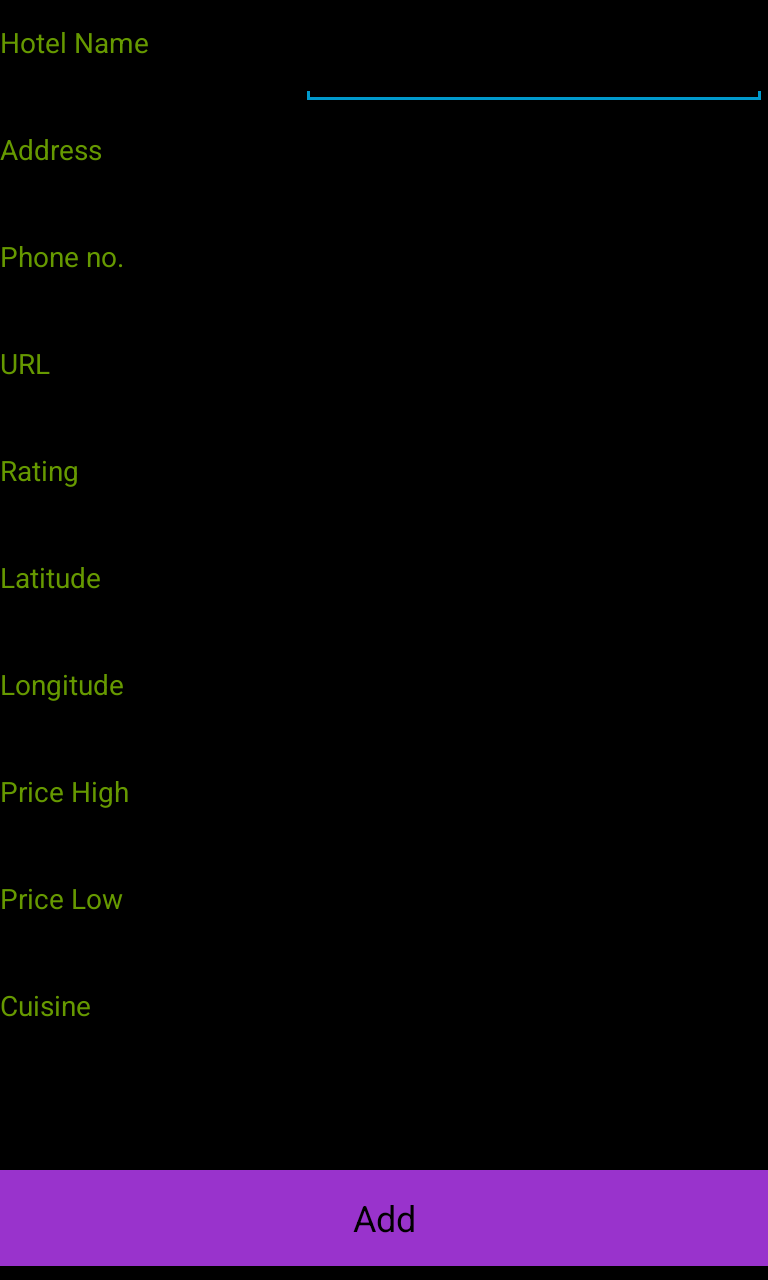
Repository: AungWinnHtut/projAndroid
Layout: com.engineer4myanmar.json.MainActivity/res/layout/activity_admin.xml
The author's editor kept a copy of each file at every save. The layout is drawn from the files as they stood at one save, then again after the next save.
It is drawn on a 768 x 1280 px phone screen (xhdpi) without system bars, with theme AppTheme; the app's code is not run.

Above is the layout before, as saved 2015-08-26 20:27:17.

After the next save:
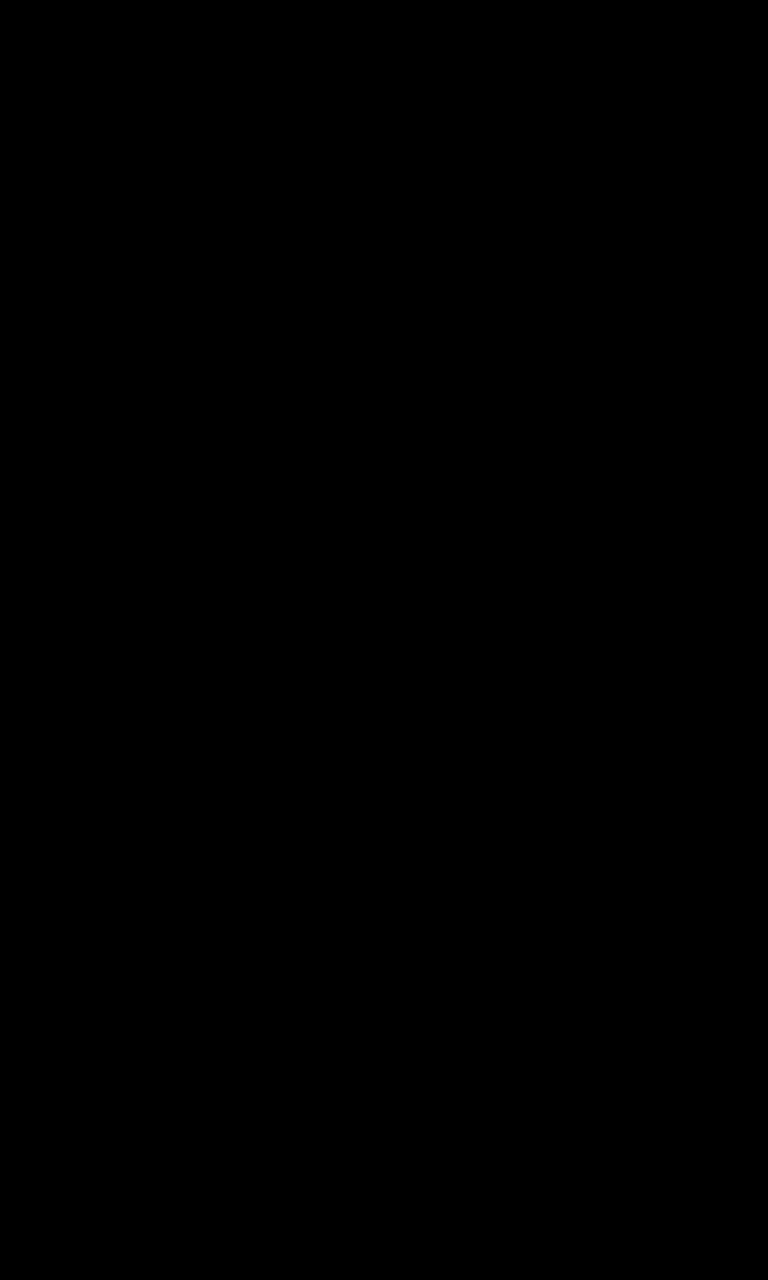
Saved 2 min 21 s later.
--- a/com.engineer4myanmar.json.MainActivity/res/layout/activity_admin.xml
+++ b/com.engineer4myanmar.json.MainActivity/res/layout/activity_admin.xml
@@ -5,6 +5,17 @@
     android:background="#000"
     android:orientation="vertical" >
 
+    <ScrollView
+        android:id="@+id/scrollView1"
+        android:layout_width="match_parent"
+        android:layout_height="match_parent" >
+
+        <LinearLayout
+            android:layout_width="match_parent"
+            android:layout_height="match_parent" >
+        </LinearLayout>
+    </ScrollView>
+
     <LinearLayout
         android:layout_width="match_parent"
         android:layout_height="wrap_content"

After the 4 saves that followed:
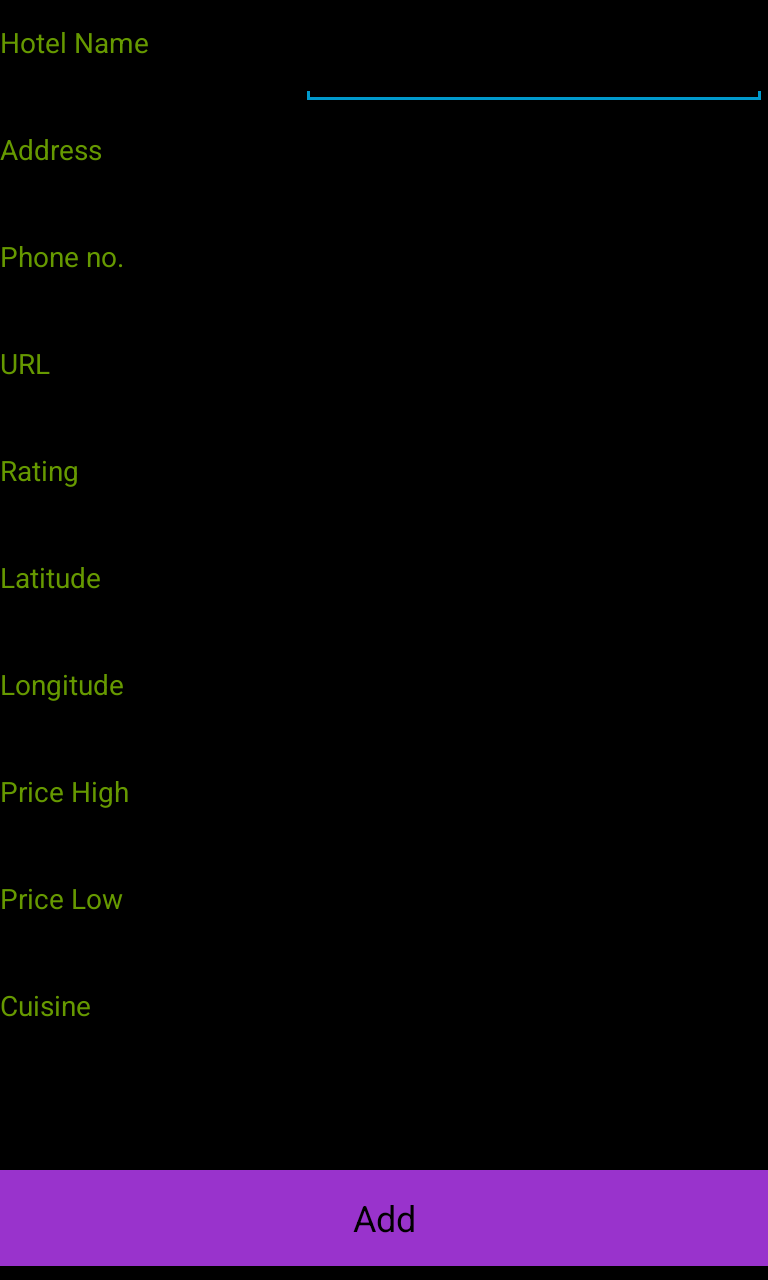
The 4 saves are shown as one change because 2 left the picture as it was and some came seconds apart.
The last was saved 46 s later.
--- a/com.engineer4myanmar.json.MainActivity/res/layout/activity_admin.xml
+++ b/com.engineer4myanmar.json.MainActivity/res/layout/activity_admin.xml
@@ -12,11 +12,9 @@
 
         <LinearLayout
             android:layout_width="match_parent"
-            android:layout_height="match_parent" >
-        </LinearLayout>
-    </ScrollView>
-
-    <LinearLayout
+            android:layout_height="match_parent"
+            android:orientation="vertical" >
+            <LinearLayout
         android:layout_width="match_parent"
         android:layout_height="wrap_content"
         android:orientation="horizontal" >
@@ -252,5 +250,9 @@
             android:onClick="funRegister"
             android:text="Add" />
     </LinearLayout>
+        </LinearLayout>
+    </ScrollView>
+
+
 
 </LinearLayout>
